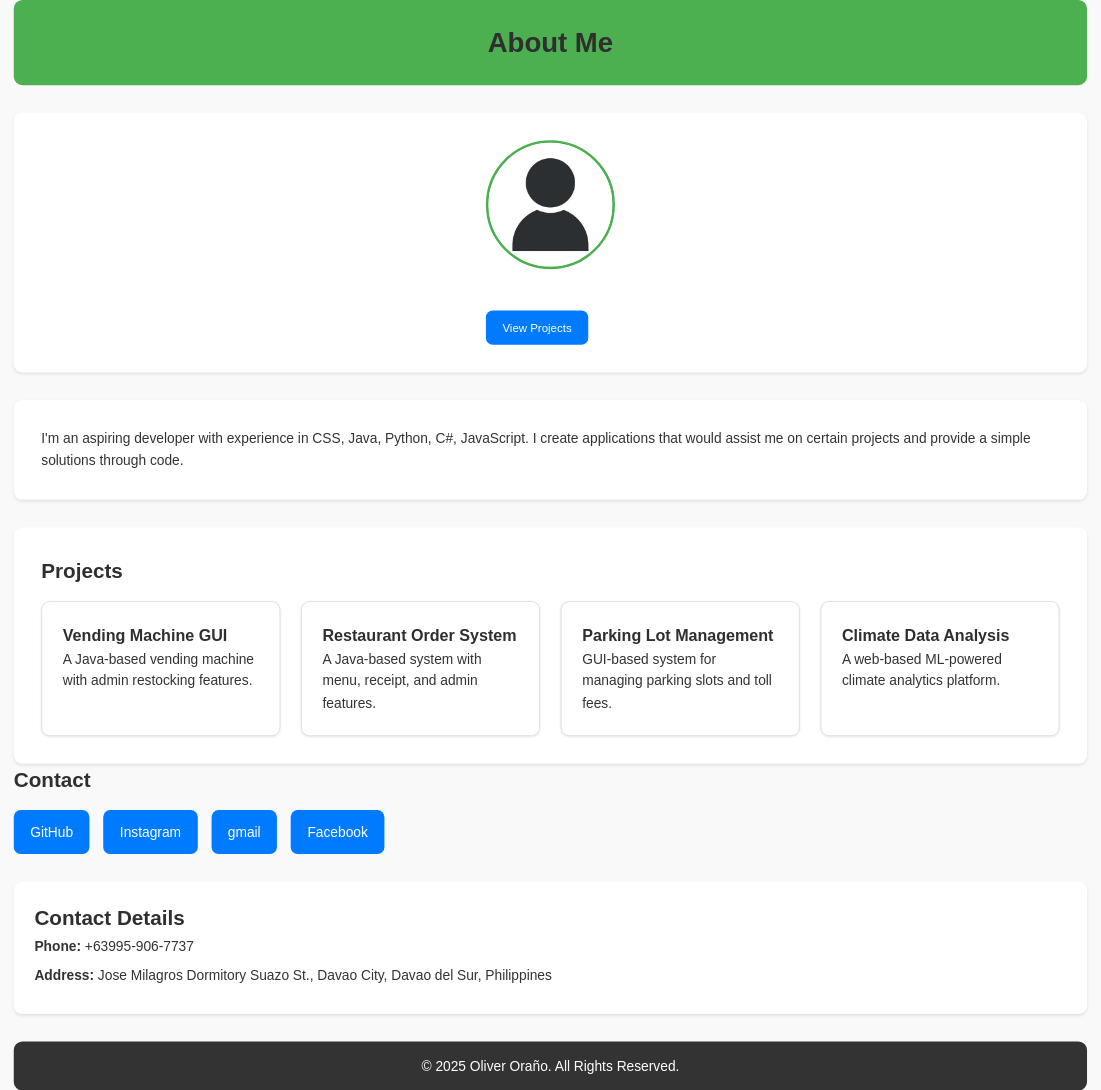
Repository: nightmar3fuel/portfolio.html
Page: my.html
The author's editor kept a copy of each file at every save. The page is drawn from the files as they stood at one save, then again after the next save.
The browser window is 1280 px wide. The pictures show the whole page, at 86% of full size.

Above is the page before, as saved 2025-02-06 14:19:01.

### my.html
<!DOCTYPE html>
<html lang="en">

<head>
    <meta charset="UTF-8">
    <meta name="viewport" content="width=device-width, initial-scale=1.0">
    <title>About Me - Portfolio</title>
    <link rel="stylesheet" href="styles.css">
</head>

<body>
    <header>
        <h1>About Me</h1>
    </header>
    <section id="profile">
        <div class="profile-container">
            <img src="human.jpg" alt="Profile Picture" class="profile-picture">
            <p class="profile-description"></p>
            <button class="view-projects-btn" onclick="window.location.href='projects.html'">View Projects</button>
        </div>
    </section>
    <section id="about">
        <p>I'm an aspiring developer with experience in CSS, Java, Python, C#, JavaScript. I create applications that would assist me on certain projects and provide a simple solutions through code.</p>
    </section>
    <section id="projects">
        <h2>Projects</h2>
        <div class="project-container">
            <div class="project" onclick="openProject('#')">
                <h3>Vending Machine GUI</h3>
                <p>A Java-based vending machine with admin restocking features.</p>
            </div>
            <div class="project" onclick="openProject('#')">
                <h3>Restaurant Order System</h3>
                <p>A Java-based system with menu, receipt, and admin features.</p>
            </div>
            <div class="project" onclick="openProject('#')">
                <h3>Parking Lot Management</h3>
                <p>GUI-based system for managing parking slots and toll fees.</p>
            </div>
            <div class="project" onclick="openProject('#')">
                <h3>Climate Data Analysis</h3>
                <p>A web-based ML-powered climate analytics platform.</p>
            </div>
        </div>
    </section>
    <section id="contact">
        <h2>Contact</h2>
        <div class="contact-links">
            <a href="https://github.com/nightmar3fuel" target="_blank">GitHub</a>
            <a href="https://instagram.com/oliverrrrro" target="_blank">Instagram</a>
            <a href="oliverorano141@gmail.com">gmail</a>
            <a href="https://facebook.com/oliver.orano" target="_blank">Facebook</a>

        </div>
    </section>
    <section id="contact-details">
        <h2>Contact Details</h2>
        <p><strong>Phone:</strong> +63995-906-7737</p>
        <p><strong>Address:</strong> Jose Milagros Dormitory Suazo St., Davao City, Davao del Sur, Philippines</p>
    </section>
    <footer>
        <p>&copy; 2025 Oliver Oraño. All Rights Reserved.</p>
    </footer>
    <script src="script.js"></script>
</body>

</html>

### styles.css
/* General Reset */

* {
    margin: 0;
    padding: 0;
    box-sizing: border-box;
    font-family: 'Arial', sans-serif;
}

body {
    background-color: #f9f9f9;
    color: #333;
    line-height: 1.6;
    padding: 0 1rem;
}

header {
    background-color: #4CAF50;
    color: white;
    padding: 1.5rem 0;
    text-align: center;
    border-radius: 10px;
    margin-bottom: 2rem;
}

h1,
h2,
h3 {
    color: #2f2f2f;
}


/* Profile Section */

#profile {
    display: flex;
    flex-direction: column;
    align-items: center;
    text-align: justify;
    background: white;
    padding: 2rem;
    margin-bottom: 2rem;
    border-radius: 10px;
    box-shadow: 0 2px 4px rgba(0, 0, 0, 0.1);
}

.profile-picture {
    width: 150px;
    height: 150px;
    border-radius: 50%;
    object-fit: cover;
    border: 3px solid #4CAF50;
    margin-bottom: 1rem;
}

.profile-description {
    max-width: 600px;
    text-align: center;
    margin-bottom: 1.5rem;
}

.view-projects-btn {
    background-color: #007BFF;
    color: white;
    padding: 0.8rem 1.2rem;
    border: none;
    border-radius: 8px;
    cursor: pointer;
    transition: background-color 0.2s ease;
}

.view-projects-btn:hover {
    background-color: #0056b3;
}


/* About Section */

#about {
    background: white;
    padding: 2rem;
    margin-bottom: 2rem;
    border-radius: 10px;
    box-shadow: 0 2px 4px rgba(0, 0, 0, 0.1);
}


/* Projects Section */

#projects {
    background: white;
    padding: 2rem;
    border-radius: 10px;
    box-shadow: 0 2px 4px rgba(0, 0, 0, 0.1);
}

.project-container {
    display: grid;
    grid-template-columns: repeat(auto-fill, minmax(250px, 1fr));
    gap: 1.5rem;
    margin-top: 1rem;
}

.project {
    background-color: #fff;
    padding: 1.5rem;
    border: 1px solid #ddd;
    border-radius: 10px;
    box-shadow: 0 1px 3px rgba(0, 0, 0, 0.1);
    cursor: pointer;
    transition: transform 0.2s, box-shadow 0.2s;
}

.project:hover {
    transform: translateY(-5px);
    box-shadow: 0 4px 8px rgba(0, 0, 0, 0.2);
}


/* Contact Links */

.contact-links {
    display: flex;
    flex-wrap: wrap;
    gap: 1rem;
    margin: 1rem 0;
}

.contact-links a {
    text-decoration: none;
    color: white;
    background-color: #007BFF;
    padding: 0.8rem 1.2rem;
    border-radius: 8px;
    transition: background-color 0.2s ease;
    display: flex;
    align-items: center;
    gap: 0.5rem;
}

.contact-links a img {
    width: 20px;
    height: 20px;
}

.contact-links a:hover {
    background-color: #0056b3;
}


/* Contact Details */

#contact-details {
    background: white;
    padding: 1.5rem;
    margin-top: 2rem;
    border-radius: 10px;
    box-shadow: 0 2px 4px rgba(0, 0, 0, 0.1);
}

#contact-details p {
    margin-bottom: 0.5rem;
}


/* Footer */

footer {
    background-color: #333;
    color: white;
    text-align: center;
    padding: 1rem 0;
    margin-top: 2rem;
    border-radius: 10px;
}

### script.js
function openProject(url) {
    if (url !== "#") {
        window.open(url, "_blank");
    } else {
        alert("Project link not available yet!");
    }
}

document.addEventListener("DOMContentLoaded", function() {
    document.querySelectorAll(".project").forEach(function(project) {
        project.addEventListener("click", function() {
            const url = this.getAttribute("onclick").match(/'([^']+)'/)[1];
            openProject(url);
        });
    });
});

After the next save:
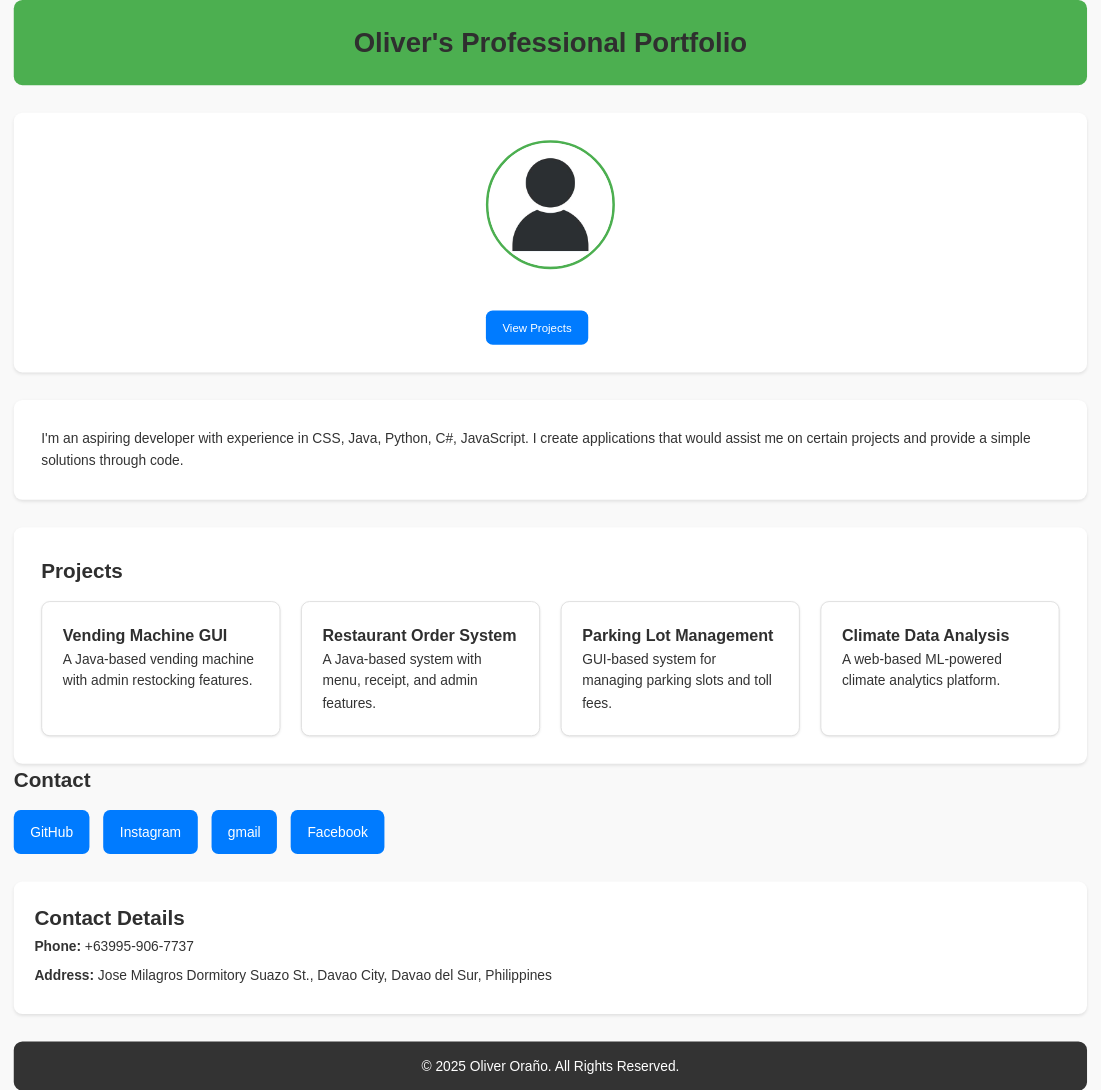
Saved 52 s later.
--- a/my.html
+++ b/my.html
@@ -10,7 +10,7 @@
 
 <body>
     <header>
-        <h1>About Me</h1>
+        <h1>Oliver's Professional Portfolio</h1>
     </header>
     <section id="profile">
         <div class="profile-container">
